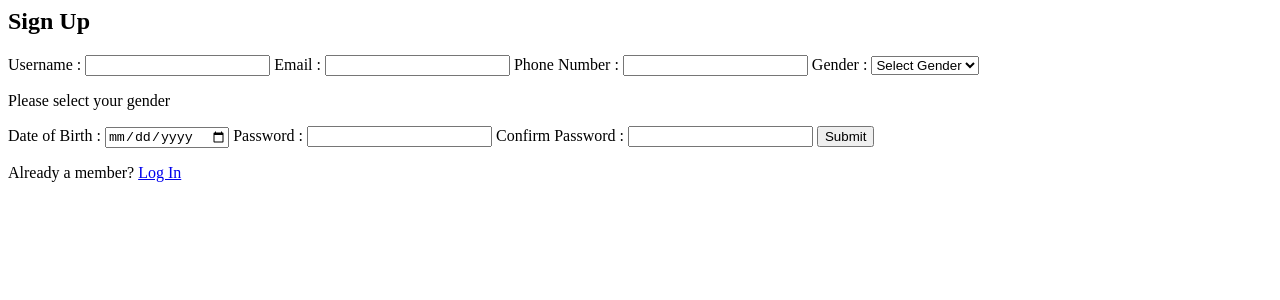
Repository: Dayah-LWY2/CyberStyle
Page: views/signup.ejs
These files come from the project's save history. The page is drawn as it stood at one moment and after the next save; the edit follows.
The browser window is 1280 px wide. The pictures show the whole page.
The page is served by the project's Node server (index.js). The template is opened directly, without the code that normally fills it, so the values that code supplies are empty.

Above is the page before, as saved 2024-09-11 12:32:05.

### views/signup.ejs
<div class="signup-container">
    <h2>Sign Up</h2>
    <form action="/signup" method="POST">
        <label for="username">Username :</label>
        <input type="text" id="username" name="username" required>

        <label for="email">Email :</label>
        <input type="email" id="email" name="email" required>

        <label for="phone">Phone Number :</label>
        <input type="tel" id="phone" name="phone" required>

        <label for="gender">Gender :</label>
        <select id="gender" name="gender" required>
            <option value="" selected disabled>Select Gender</option>
            <option value="male">Male</option>
            <option value="female">Female</option>
            <option value="other">Other</option>
        </select>
        <p class="gender-message">Please select your gender</p>

        <label for="dob">Date of Birth :</label>
        <input type="date" id="dob" name="dob" required>

        <label for="password">Password :</label>
        <input type="password" id="password" name="password" required>

        <label for="confirmPassword">Confirm Password :</label>
        <input type="password" id="confirmPassword" name="confirmPassword" required>

        <button type="submit">Submit</button>
    </form>

    <p>Already a member? <a href="/login">Log In</a></p>
</div>

### index.js
const express = require('express');
const path = require('path');
const app = express();
const port = 3000;

// Set the view engine to EJS
app.set('view engine', 'ejs');

// Serve static files from the public directory
app.use(express.static(path.join(__dirname, 'public')));

// Routes
app.get('/', (req, res) => {
    res.sendFile(path.join(__dirname, 'public', 'index.html'));
});

app.get('/about', (req, res) => {
    res.render('about');
});

app.get('/login', (req, res) => {
    res.render('login');
});

app.get('/products/women', (req, res) => {
    res.render('women');
});

app.get('/products/men', (req, res) => {
    res.render('men');
});

app.get('/products/kids', (req, res) => {
    res.render('kids');
});

// Start the server
app.listen(port, () => {
    console.log(`Server running at http://localhost:${port}`);
});

After the next save:
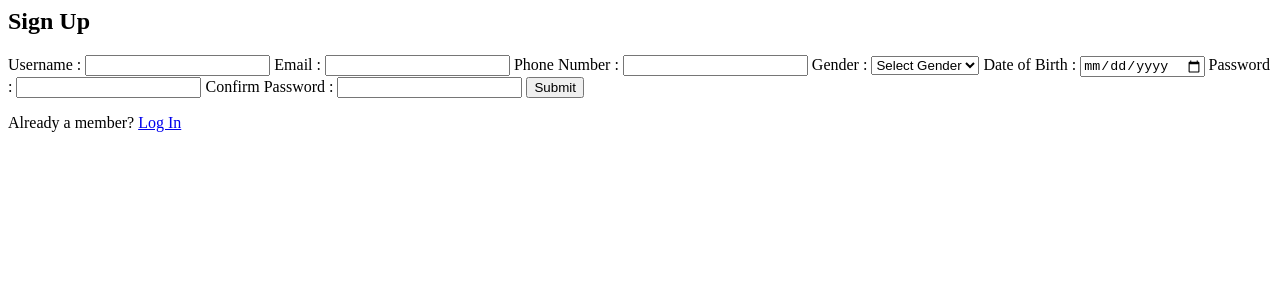
Saved 3 min 47 s later.
--- a/views/signup.ejs
+++ b/views/signup.ejs
@@ -17,7 +17,6 @@
             <option value="female">Female</option>
             <option value="other">Other</option>
         </select>
-        <p class="gender-message">Please select your gender</p>
 
         <label for="dob">Date of Birth :</label>
         <input type="date" id="dob" name="dob" required>
